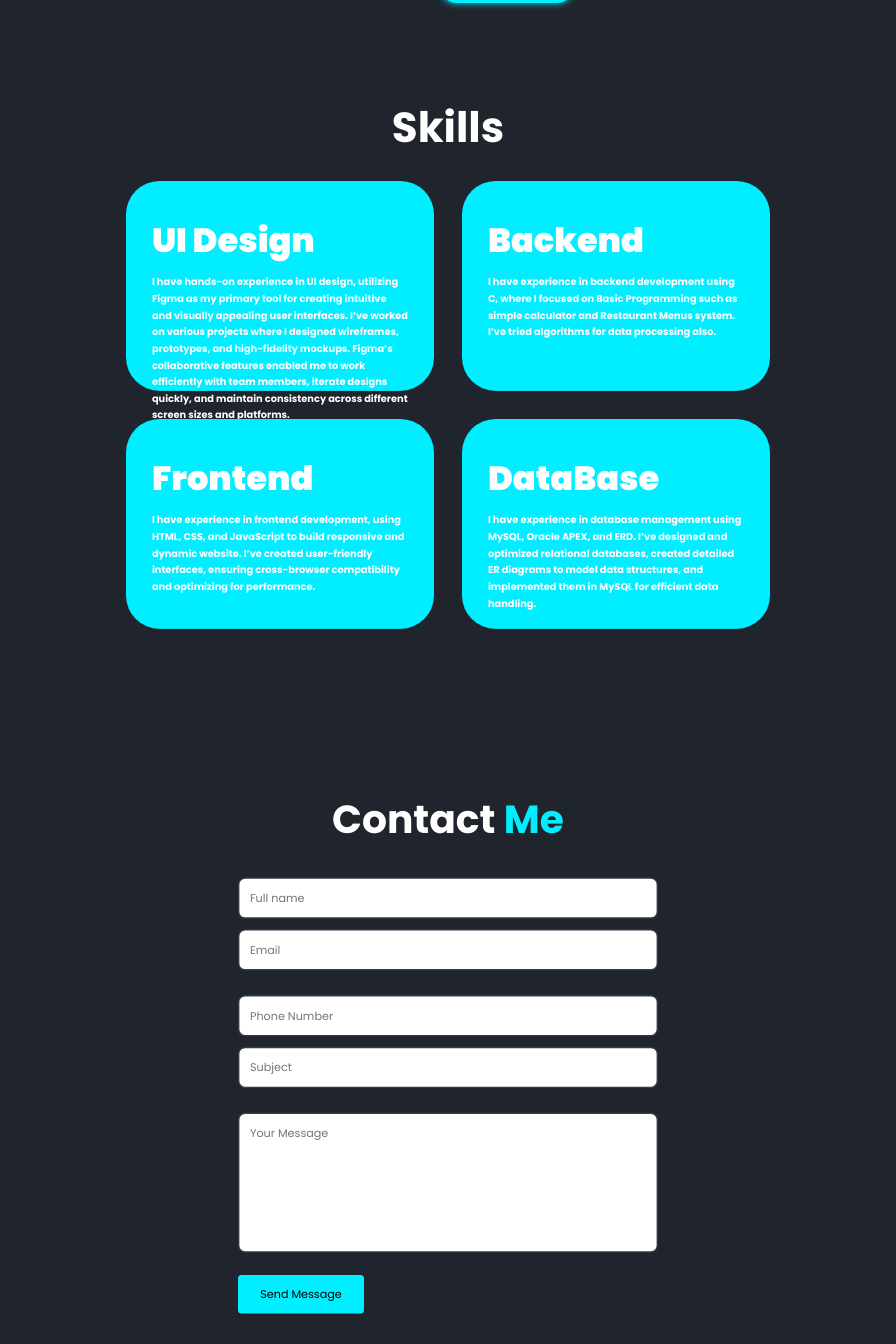
Repository: Olovrelvino/personalWebsite-HtmlCssJs-project
Page: main.html
The author's editor kept a copy of each file at every save. The page is drawn from the files as they stood at one save, then again after a run of saves.
The browser window is 1280 px wide. The pictures show the part of the page from y = 1389 to 3309 px (the page is 3581 px tall before and 3573 px after), at 70% of full size.
Some web libraries are served in a nearby version.

Above is the page before, as saved 2024-09-23 22:55:23.

### main.html
<!DOCTYPE html>
<html lang="en">
<head>
    <meta charset="UTF-8">
    <meta name="viewport" content="width=device-width, initial-scale=1.0">
    <title>Oliver's Portofolio</title>
    <link href='https://unpkg.com/boxicons@2.1.4/css/boxicons.min.css' rel='stylesheet'>
    <link rel="stylesheet" href="style.css">
</head>

<body>

    <!-- NAVBAR SECTION -->
    <header class="header">
        <a href="#" class="logo">Portofolio.</a>

        <nav class="navbar">
          <div class="hamburger-menu">
            <div class="bar"></div>
            <div class="bar"></div>
            <div class="bar"></div>
          </div>
          <ul class="nav-menu">
            <li><a href="#home" class="nav-links" style="--i:1;">Home</a></li>
            <li><a href="#about" class="nav-links" style="--i:2;">About</a></li>
            <li><a href="#Skills" class="nav-links" style="--i:3;">Skills</a></li>
            <li><a href="portofolio.html" class="nav-links" style="--i:4;">Portofolio</a></li>
            <li><a href="#contact" class="nav-links" style="--i:5;">Contact</a></li>
          </ul>
        </nav>
      </header>

      <!-- HOME SECTION -->
      <section id="home" class="section home">
        <div class="home-content">
          <h3>Hi, It's your boy</h3>
          <h1>Oliver Elvino Putra Pratama</h1>
          <h3>And I'm a <span class="multiple-text"></span></h3>
          <p>Hello guys, How's it going, it's your boy Oliver. Welcome to my personal website. This website will tell you about my portfolio, my background stories, and more. So once again welcome to my website and don't forget to follow me on social media. Nice to meet ya!</p>
          <div class="social-media">
            <a href="#" style="--i:7;"><i class="bx bxl-facebook"></i></a>
            <a href="#" style="--i:8;"><i class='bx bxl-discord-alt'></i></a>
            <a href="#" style="--i:9;"><i class="bx bxl-instagram"></i></a>
            <a href="#" style="--i:10;"><i class="bx bxl-linkedin"></i></a>
          </div>
          <a href="#" class="btn">Visit Works</a>
        </div>
        <div class="home-img">
          <img src="imagePW.png" alt="Oliver Elvino">
        </div>
      </section>

    <!-- ABOUT SECTION -->
     <section class="about" id="about">
        <div class="about-img">
            <img src="vino2.jpg">
        </div>
        <div class="about-text">
            <h2>About <span>Me</span></h2>
            <h4>Oliver Elvino Putra Pratama</h4>
            <P>Hello Let me introduce myself, my name is Oliver Elvino Putra Pratama, you can call me Vino or Oliver.
                So I'm a Student of University Christian Satya Wacana, this is my third year on college. What did I learn? I learn so many things about IT major,
                basically such as Webiste Programing, Human Computer Intercation, Object Oriented Programing,
                Machine Learning, Deep Learning, and etc. And now I'm focus on Data Science major, because I think data is very important but
                beside that I also learning about frontend, such like this things, is literally fun and satisfy. I think that's enough about me. Thank You
            </P>
            <a href="#" class="btn-content">More About Me</a>
        </div>
     </section>

     <!-- SKILLS SECTION -->
     <section class="Skills" id="Skills">
        <div class="skills-text">
            <h2>Skills</h2>
        </div>

        <div class="Skills-container">
            <div class="Skills-box">
                <div class="Skills-info">
                    <h4>UI Design</h4>
                    <p>I have hands-on experience in UI design, utilizing Figma as my primary tool for creating intuitive and visually appealing user interfaces.
                        I’ve worked on various projects where I designed wireframes, prototypes, and high-fidelity mockups. Figma’s collaborative features enabled me to work efficiently with team members,
                        iterate designs quickly, and maintain consistency across different screen sizes and platforms.
                    </p>
                </div>
            </div>

            <div class="Skills-box">
                <div class="Skills-info">
                    <h4>Backend</h4>
                    <p>I have experience in backend development using C,
                        where I focused on Basic Programming such as simple calculator and Restaurant Menus system.
                        I’ve tried algorithms for data processing also.
                    </p>
                </div>
            </div>

            <div class="Skills-box">
                <div class="Skills-info">
                    <h4>Frontend</h4>
                    <p>
                        I have experience in frontend development, using HTML, CSS, and JavaScript to build responsive and dynamic website.
                        I’ve created user-friendly interfaces, ensuring cross-browser compatibility and optimizing for performance.
                    </p>
                </div>
            </div>

            <div class="Skills-box">
                <div class="Skills-info">
                    <h4>DataBase</h4>
                    <p>
                        I have experience in database management using MySQL, Oracle APEX, and ERD.
                        I’ve designed and optimized relational databases, created detailed ER diagrams to model data structures,
                        and implemented them in MySQL for efficient data handling.
                    </p>
                </div>
            </div>
        </div>
     </section>

     <!-- CONTACT SECTION -->
     <section class="contact" id="contact">
        <h2 class="heading">Contact <span class="highlight">Me</span></h2>

        <form action="">
            <div class="input-group">
                <div class="input-box">
                    <input type="text" placeholder="Full name">
                    <input type="email" placeholder="Email">
                </div>
                <div class="input-box">
                    <input type="number" placeholder="Phone Number">
                    <input type="text" placeholder="Subject">
                </div>
            </div>

            <div class="input-group-2">
                <textarea name="" id="" cols="30" rows="10" placeholder="Your Message"></textarea>
                <input type="submit" value="Send Message" class="btn-contact">
            </div>
        </form>
     </section>

     <!-- FOOTER SECTION -->
     <footer class="footer">
        <div class="social">
            <a href="#" style="--i:7;"><i class='bx bxl-instagram'></i></a>
            <a href="#" style="--i:8;"><i class='bx bxl-facebook' ></i></a>
            <a href="#" style="--i:9;"><i class='bx bxl-discord-alt' ></i></a>
            <a href="#" style="--i:10;"><i class='bx bxl-github'></i></a>
        </div>

        <ul class="list">
            <li>
                <a href="#">FAQ</a>
            </li>

            <li>
                <a href="#">About</a>
            </li>

            <li>
                <a href="#">Portfolio</a>
            </li>

            <li>
                <a href="#">Contact</a>
            </li>
            <p class="copyright">
                © Oliver Elvino | All Right Reserved
            </p>
        </ul>
     </footer>

    <script src="https://unpkg.com/typed.js@2.1.0/dist/typed.umd.js"></script>
    <script src="script.js"></script>
</body>
</html>

### style.css
@import url('https://fonts.googleapis.com/css?family=Poppins:400,700,900');

* {
    margin: 0;
    padding: 0;
    border: none;
    outline: none;
    scroll-behavior: smooth;
    box-sizing: border-box;
    font-family: 'Poppins', sans-serif;
}

body {
    background: #1f242d;
    color: #fff;
    overflow-x: hidden;

}

.header {
    position: fixed;
    top: 0;
    left: 0;
    width: 100%;
    padding: 15px 5%;
    background: rgba(0, 0, 0, 0.3);
    backdrop-filter: blur(10px);
    display: flex;
    justify-content: space-between;
    align-items: center;
    z-index: 100;
  }

  .logo {
    font-size: 1.5rem;
    color: #fff;
    text-decoration: none;
    font-weight: 600;
  }

  .navbar {
    display: flex;
    align-items: center;
  }

  .nav-menu {
    display: flex;
    list-style: none;
  }

  .nav-links {
    font-size: 1rem;
    color: #fff;
    text-decoration: none;
    font-weight: 500;
    margin-left: 35px;
    transition: .3s;
  }

  .nav-links:hover,
  .nav-links.active {
    color: #0ef;
  }

  .hamburger-menu {
    display: none;
    cursor: pointer;
  }

  .bar {
    display: block;
    width: 25px;
    height: 3px;
    margin: 5px auto;
    transition: all 0.3s ease-in-out;
    background-color: #fff;
  }

  @media screen and (max-width: 768px) {
    .hamburger-menu {
      display: block;
    }

    .hamburger-menu.active .bar:nth-child(2) {
      opacity: 0;
    }

    .hamburger-menu.active .bar:nth-child(1) {
      transform: translateY(8px) rotate(45deg);
    }

    .hamburger-menu.active .bar:nth-child(3) {
      transform: translateY(-8px) rotate(-45deg);
    }

    .nav-menu {
      position: fixed;
      left: -100%;
      top: 70px;
      gap: 0;
      flex-direction: column;
      background-color: rgba(0, 0, 0, 0.8);
      width: 100%;
      text-align: center;
      transition: 0.3s;
    }

    .nav-links {
      margin: 16px 0;
    }

    .nav-menu.active {
      left: 0;
    }
  }

  .home {
    min-height: 100vh;
    padding: 100px 5% 0;
    display: flex;
    justify-content: center;
    align-items: center;
    flex-direction: column-reverse;
  }

  .home-content {
    max-width: 100%;
    text-align: center;
  }

  .home-content h3 {
    font-size: 2rem;
    font-weight: 700;
    opacity: 0;
    animation: slideBottom 1s ease forwards;
    animation-delay: .7s;
  }

  .home-content h3 span {
    color:#0ef;
  }

  .home-content h3:nth-of-type(2) {
    margin-bottom: 20px;
    animation: slideTop 1s ease forwards;
    animation-delay: .7s;
  }

  .home-content h1 {
    font-size: 2.5rem;
    font-weight: 600;
    margin: 15px 0;
    opacity: 0;
    animation: slideRight 1s ease forwards;
    animation-delay: 1s;
  }

  .home-content p {
    font-size: 1rem;
    margin-bottom: 30px;
    opacity: 0;
    animation: slideLeft 1s ease forwards;
    animation-delay: 1s;
  }

  .home-img img {
    max-width: 300px;
    width: 100%;
    height: auto;
    border-radius: 50%;
    box-shadow: 0 0 10px #0ef;
    margin-bottom: 30px;
    opacity: 0;
    animation: zoomIn 1s ease forwards, floatImage 4s ease-in-out infinite;
    animation-delay: 2s, 3s;
  }

  .social-media {
    display: flex;
    justify-content: center;
    flex-wrap: wrap;
    margin-bottom: 20px;
  }

  .social-media a {
    display: inline-flex;
    justify-content: center;
    align-items: center;
    width: 40px;
    height: 40px;
    background: transparent;
    border: 2px solid #0ef;
    border-radius: 50%;
    font-size: 20px;
    color: #0ef;
    text-decoration: none;
    margin: 10px;
    transition: .5s ease;
    opacity: 0;
    animation: slideLeft 1s ease forwards;
    animation-delay: calc(.2s * var(--i));
  }

  .social-media a:hover {
    background: #0ef;
    color: #1f242d;
    box-shadow: 0 0 20px #0ef;
  }

  .btn {
    display: inline-block;
    padding: 12px 28px;
    background: #0ef;
    border-radius: 40px;
    box-shadow: 0 0 10px #0ef;
    font-size: 16px;
    color: #1f242d;
    letter-spacing: 1px;
    text-decoration: none;
    font-weight: 600;
    opacity: 0;
    animation: slideTop 1s ease forwards;
    animation-delay: 2s;
  }

  @media screen and (min-width: 768px) {
    .home {
      flex-direction: row;
      justify-content: space-between;
      text-align: left;
      padding: 100px 10% 0;
    }

    .home-content {
      max-width: 50%;
      text-align: left;
    }

    .home-content h1 {
      font-size: 3.5rem;
    }

    .home-content p {
      font-size: 1.1rem;
    }

    .home-img img {
      max-width: 400px;
      margin-bottom: 0;
    }

    .social-media {
      justify-content: flex-start;
    }
  }

  @media screen and (min-width: 1024px) {
    .home-content h1 {
      font-size: 4rem;
    }

    .home-content p {
      font-size: 1.2rem;
    }

    .home-img img {
      max-width: 450px;
    }
  }


.about {
    position: relative;
    width: 100%;
    height: 80vh;
    display: flex;
    justify-content: space-between;
    gap: 100px;
    align-items: center;
    padding: 10% 10% 0;
    padding-top: 10px;
}

.about-img img {
    margin-bottom: 30px;
    max-width: 400px;
    border-radius: 50%;
    box-shadow: 0 0 25px #0ef;
    cursor: pointer;
    transition: 0.4s ease-in-out;

}

.about-img img:hover {
    box-shadow: 0 0 25px #0ef,
                0 0 50px #0ef,
                0 0 100px #0ef;

}

.about-text h2 {
    font-size: 60px;
}

.about-text h2 span {
    color:#0ef;
}

.about-text h4 {
    font-size: 29px;
    font-weight: 600;
    color:#fff;
    line-height: 1.7;
    margin: 15px 0 30px;

}

.about-text p {
    color: aliceblue;
    font-size: 20px;
    line-height: 1.4;
    margin-bottom: 4rem;

}

.btn-content {
    display: inline-block;
    padding: 12px 28px;
    background: #0ef;
    border-radius: 40px;
    box-shadow: 0 0 10px #0ef;
    font-size: 16px;
    color: #1f242d;
    letter-spacing: 1px;
    text-decoration: none;
    font-weight: 600;
}

.Skills {
    margin: 180px;
}

.skills-text h2 {
    margin-bottom: 2rem;
    font-size: 60px;
    text-align: center;
    color: #fff;
}

.Skills-container {
    display: grid;
    grid-template-columns: repeat(2, 1fr);
    align-items: center;
    gap: 2.5rem;
}

.Skills-box {
    background-color:#0ef;
    height: 300px;
    border-radius: 3rem;
    border: 5px solid transparent;
    cursor: pointer;
    transition: 0.4s ease-in-out;
}

.Skills-box:hover {
    background: #fff;
    color:#1f242d;
    border: 5px solid #0ef;
    transform: scale(1.03);
}

.Skills-box .Skills-info {
    display: flex;
    flex-direction: column;
    text-align: left;
    max-height: 200px;
    justify-content: left;
    align-items: baseline;
    padding: 2rem 2rem;
}

.Skills-info h4 {
    font-size: 3rem;
    font-weight: 800;
    line-height: 2;
}

.Skills-info p {
    font-size: 14px;
    font-weight: 600;
    max-height: 100px;
    line-height: 1.7;
    margin: auto;
}

.contact {
    margin-top: 50px;
    padding: 50px 20px;
    text-align: center;
}

.contact .heading {
    font-size: 56px;
    margin-bottom: 40px;
    font-weight: 600;
}

.highlight {
    color:#0ef;
}

.input-group, .input-group-2 {
    display: block;
    width: 100%;
    max-width: 600px;
    margin: 0 auto;
}


.input-box {
    width: 100%;
    margin-bottom: 20px;
}

input, textarea {
    width: 100%;
    padding: 15px;
    font-size: 16px;
    margin-bottom: 15px;
    border: 2px solid #303d43;
    border-radius: 10px;
    box-sizing: border-box;
}


textarea {
    height: 200px;
    resize: none;
}


.btn-contact {
    display: block;
    width: 30%;
    padding: 15px;
    background-color: #0ef;
    font-size: 16px;
    border: none;
    border-radius: 5px;
    cursor: pointer;
    transition: 0.3s ease;
    margin-top: 10px;
}

.btn-contact:hover {
    color:#1f242d;
    box-shadow: 0 0 25px #0ef;
}

.footer {
    position: relative;
    bottom: 0;
    width: 100%;
    padding: 40px 0;
    background-color: rgba(0, 0, 0, 0.3);

}

.footer .social {
    text-align: center;
    padding-bottom: 25px;
    color: #0ef;

}

.footer .social a {
    font-size: 25px;
    color: #0ef;
    border: 2px solid #0ef;
    width: 42px;
    height: 42px;
    line-height: 42px;
    display: inline-block;
    text-align: center;
    border-radius: 50%;
    margin: 0 10px;
    transition: 0.3s ease-in-out;

}

.footer .social a:hover {
    transform: scale(1.2)translateY(-10px);
    background-color: #0ef;
    color:#1f242d;
    box-shadow: 0 0 25px #0ef;
}

.footer ul {
    margin-top: 0;
    padding: 0;
    font-size: 18px;
    line-height: 1.6;
    margin-bottom: 0;
    text-align: center;
}

.footer ul li a {
    color:#fff;
    border-bottom: 3px solid transparent;
    transition: 0.3s ease-in-out;
}

.footer ul li a:hover {
    border-bottom: 3px solid #0ef;
}

.footer ul li {
    display: inline-block;
    padding: 0 15px;
}

.footer .copyright {
    margin-top: 50px;
    text-align: center;
    font-size: 16px;
    color:#fff;
}


/* KEYFRAMES ANIMATION */
@keyframes slideRight {
    0% {
        transform: translateX(-100px);
        opacity: 0;
    }

    100% {
        transform: translateX(0);
        opacity: 1;
    }
}

@keyframes slideLeft {
    0% {
        transform: translateX(100px);
        opacity: 0;
    }

    100% {
        transform: translateX(0);
        opacity: 1;
    }
}

@keyframes slideTop {
    0% {
        transform: translateY(100px);
        opacity: 0;
    }

    100% {
        transform: translateY(0);
        opacity: 1;
    }
}

@keyframes slideBottom {
    0% {
        transform: translateY(-100px);
        opacity: 0;
    }

    100% {
        transform: translateY(0);
        opacity: 1;
    }
}

@keyframes zoomIn {
    0% {
        transform: scale(0);
        opacity: 0;
    }

    100% {
        transform: scale(1);
        opacity: 1;
    }
}

@keyframes floatImage {
    0% {
        transform: translateY(0);

    }
    50% {
        transform: translateY(-24px);

    }
    100% {
        transform: translateY(0);

    }
}

### script.js
var typed = new Typed(".multiple-text", {
    strings: ["Student of UKSW", "Information Technology Major", "Code Anthusiast"],
    typeSpeed: 100,
    backSpeed: 100,
    backDelay: 1000,
    loop: true
})

// document.querySelectorAll('.navbar a').forEach(anchor => {
//     anchor.addEventListener('click', function(e) {
//         const target = document.querySelector(this.getAttribute('href'));

//         // Remove 'active' class from all links
//         document.querySelectorAll('.navbar a').forEach(link => {
//             link.classList.remove('active');
//         });

//         // Add 'active' class to the clicked link
//         this.classList.add('active');

//         // Smooth scroll to the section (only if the target exists)
//         if (target) {
//             e.preventDefault();
//             target.scrollIntoView({
//                 behavior: 'smooth'
//             });
//         }
//     });
// });

// // Mendapatkan semua elemen section yang ditargetkan
// const sections = document.querySelectorAll('section');
// const navLinks = document.querySelectorAll('.navbar a');

// // Fungsi untuk mengubah tautan yang aktif
// function changeActiveNav() {
//     let index = sections.length;

//     // Loop untuk menentukan bagian halaman mana yang sedang di viewport
//     while (--index && window.scrollY + 100 < sections[index].offsetTop) {}

//     // Hapus class 'active' dari semua tautan
//     navLinks.forEach((link) => link.classList.remove('active'));

//     // Tambahkan class 'active' pada tautan yang sesuai dengan bagian halaman
//     navLinks[index].classList.add('active');
// }

// // Event listener ketika halaman discroll
// window.addEventListener('scroll', changeActiveNav);

// // Event listener untuk klik pada tautan navbar
// navLinks.forEach((link) => {
//     link.addEventListener('click', function() {
//         // Hapus class 'active' dari semua tautan
//         navLinks.forEach((link) => link.classList.remove('active'));

//         // Tambahkan class 'active' pada tautan yang diklik
//         this.classList.add('active');
//     });
// });

// // Deteksi apakah halaman Portfolio sedang dibuka
// if (window.location.href.includes('portofolio.html')) {
//     document.querySelector('.navbar a[href="portofolio.html"]').classList.add('active');
// }

// Mengambil semua link navigasi dan bagian
const sections = document.querySelectorAll('section');
const navLinks = document.querySelectorAll('.navbar a');

// Fungsi untuk menambahkan kelas 'active' ke link navigasi
window.onscroll = () => {
    let current = "";

    sections.forEach(section => {
        const sectionTop = section.offsetTop;
        const sectionHeight = section.clientHeight;

        // Memeriksa jika posisi scroll berada di dalam section
        if (pageYOffset >= sectionTop - sectionHeight / 3) {
            current = section.getAttribute('id'); // Mendapatkan id dari section yang aktif
        }
    });

    navLinks.forEach(link => {
        link.classList.remove('active'); // Menghapus class active dari semua link
        if (link.getAttribute('href').includes(current)) {
            link.classList.add('active'); // Menambahkan class active ke link yang sesuai
        }
    });
};

document.addEventListener('DOMContentLoaded', () => {
    const hamburger = document.querySelector('.hamburger-menu');
    const navMenu = document.querySelector('.nav-menu');

    hamburger.addEventListener('click', () => {
      hamburger.classList.toggle('active');
      navMenu.classList.toggle('active');
    });

    document.querySelectorAll('.nav-links').forEach(n => n.addEventListener('click', () => {
      hamburger.classList.remove('active');
      navMenu.classList.remove('active');
    }));
  });

After the next 2 saves:
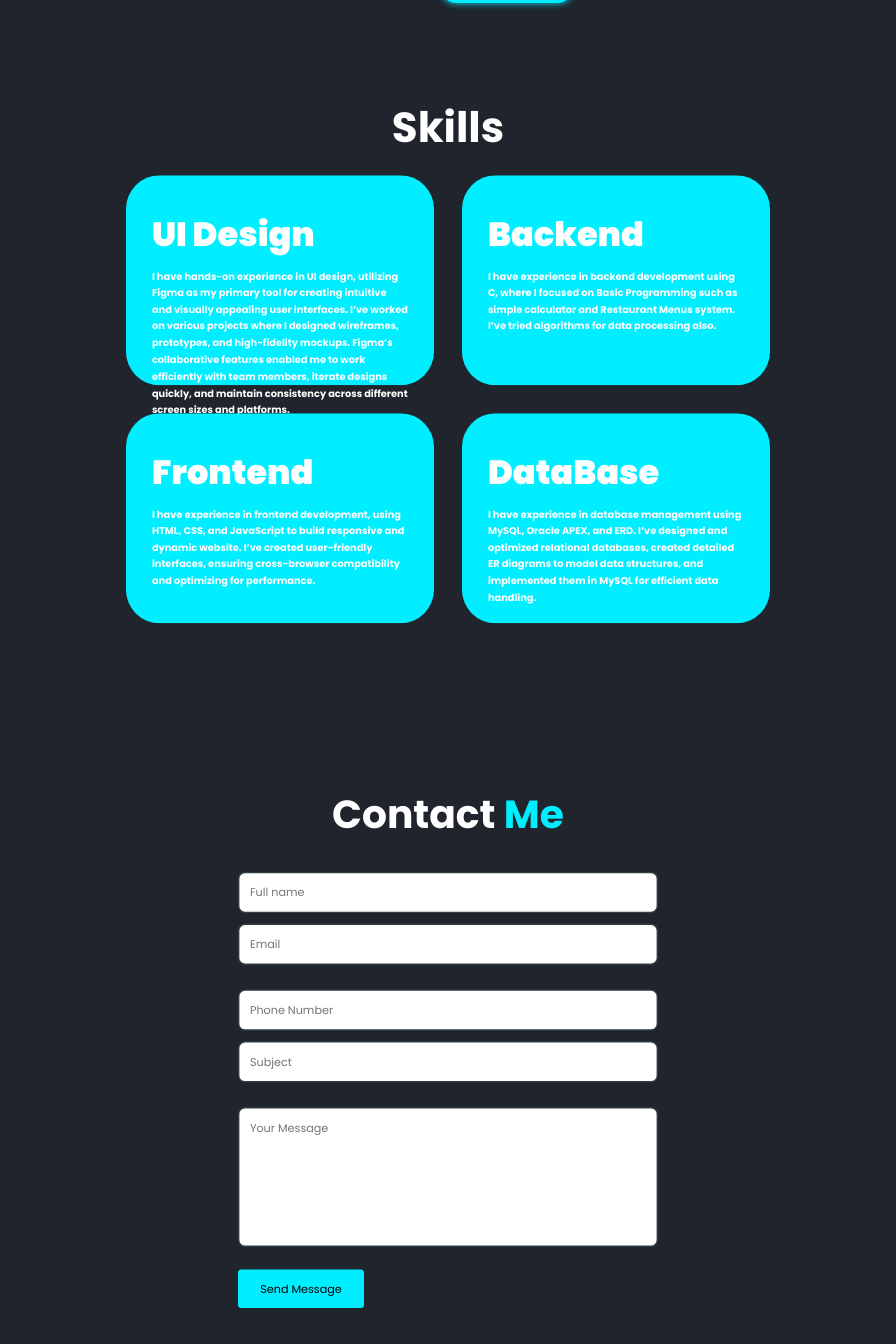
The 2 saves are shown as one change because they came seconds apart.
The last was saved 7 s later.
--- a/style.css
+++ b/style.css
@@ -341,7 +341,7 @@ body {
 }
 
 .skills-text h2 {
-    margin-bottom: 2rem;
+    margin-bottom: 1.5rem;
     font-size: 60px;
     text-align: center;
     color: #fff;
